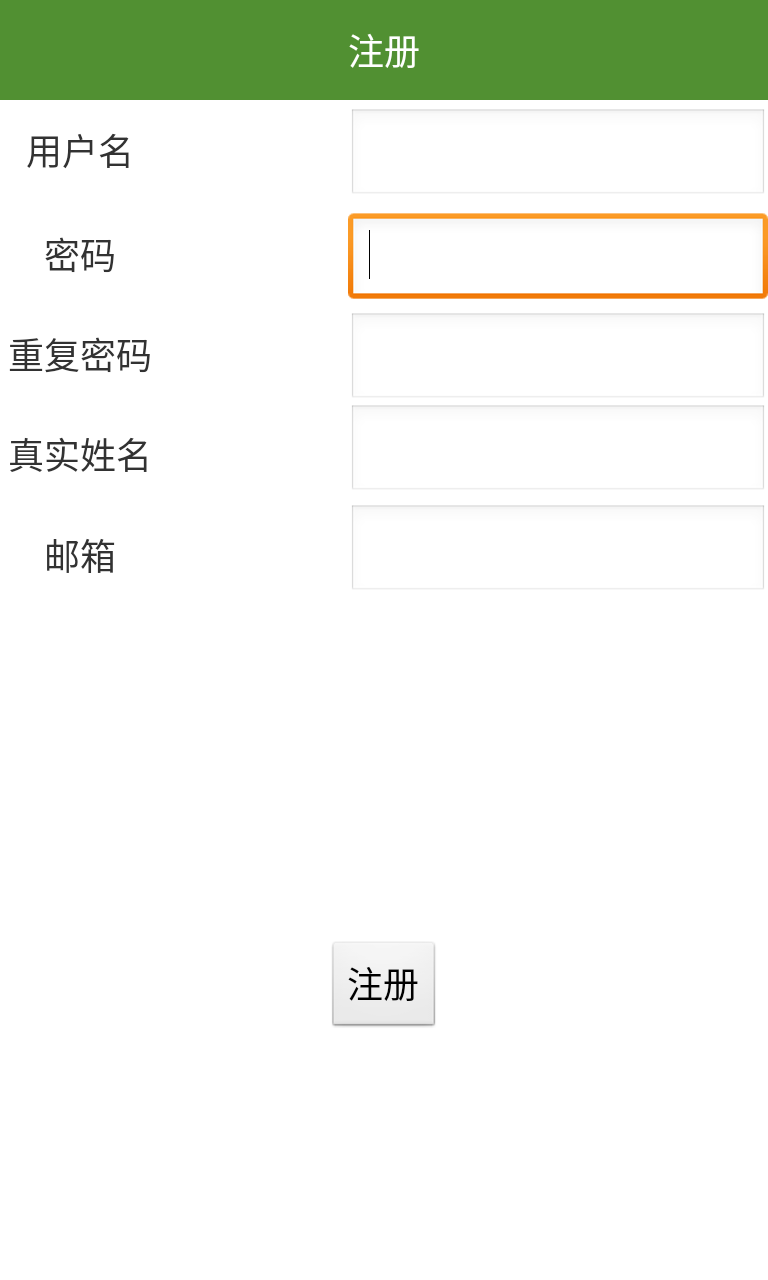
Repository: xuelang201201/Android
Layout: Android网络/android_day03_ems/res/layout/activity_register.xml
These files come from the project's save history. The layout is drawn as it stood at one moment and after the next save; the edit follows.
It is drawn on a 768 x 1280 px phone screen (xhdpi) without system bars, with theme android:Theme.Light.NoTitleBar; the app's code is not run.

Above is the layout before, as saved 2016-03-04 00:04:14.

After the next save:
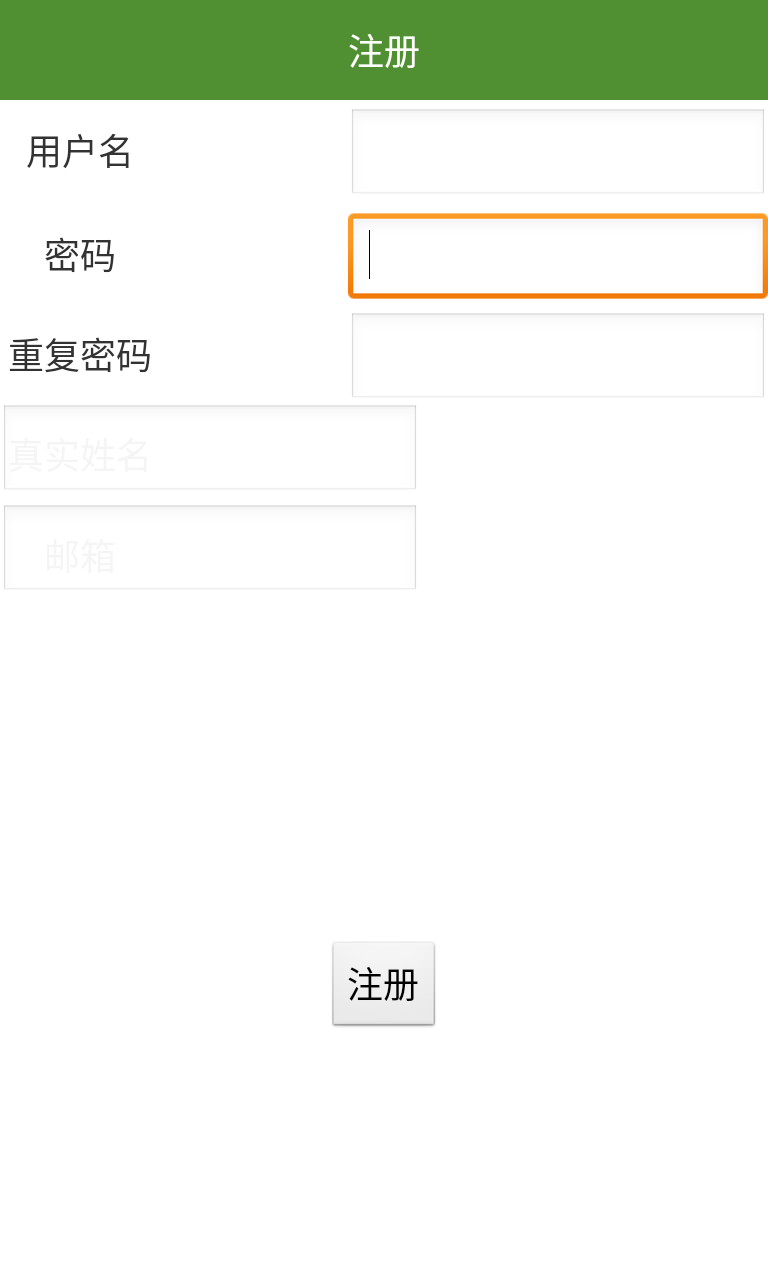
Saved 51 s later.
--- a/Android网络/android_day03_ems/res/layout/activity_register.xml
+++ b/Android网络/android_day03_ems/res/layout/activity_register.xml
@@ -100,7 +100,7 @@
     </EditText>
 
     <EditText
-        android:id="@+id/editText2"
+        android:id="@+id/et_register_emp_repwd"
         android:layout_width="wrap_content"
         android:layout_height="wrap_content"
         android:layout_alignBaseline="@+id/tv_register_emp_repwd"

After the save that followed:
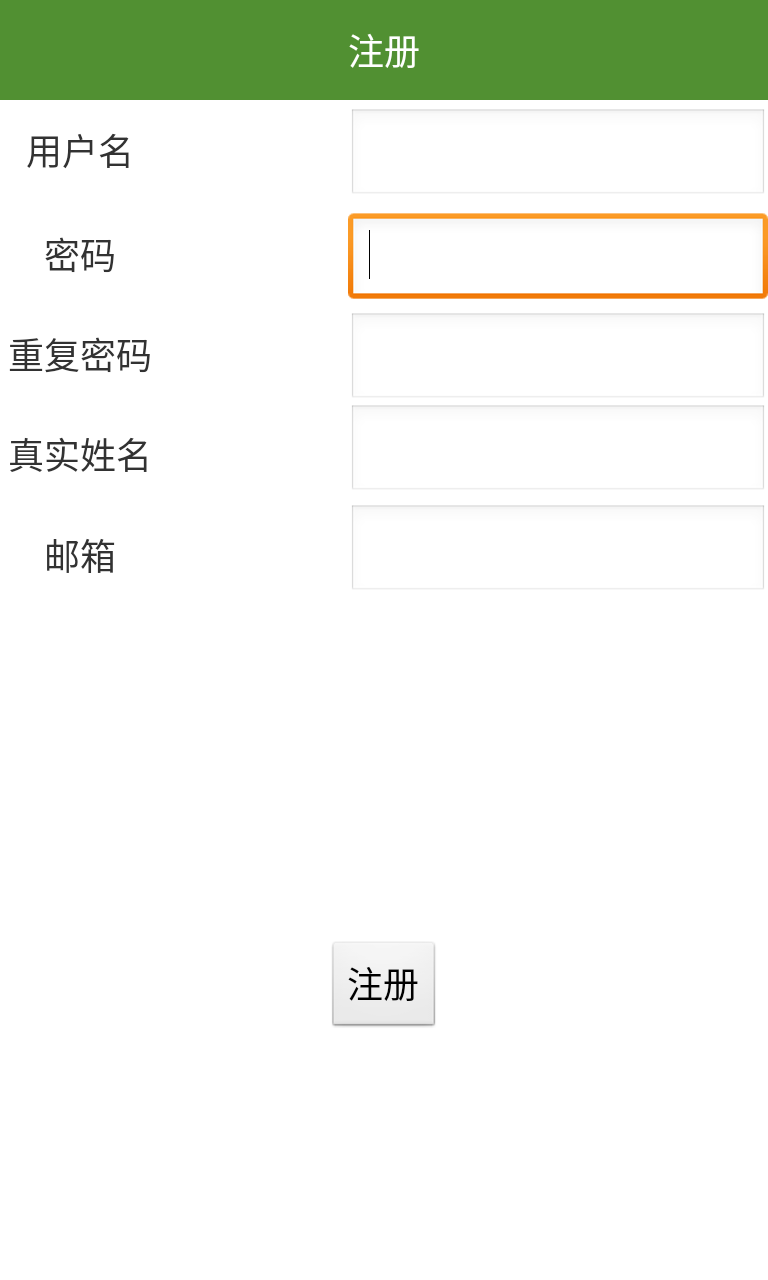
Saved 86 s later.
--- a/Android网络/android_day03_ems/res/layout/activity_register.xml
+++ b/Android网络/android_day03_ems/res/layout/activity_register.xml
@@ -110,21 +110,21 @@
         android:inputType="textPassword" />
 
     <EditText
-        android:id="@+id/editText3"
+        android:id="@+id/et_register_emp_email"
         android:layout_width="wrap_content"
         android:layout_height="wrap_content"
-        android:layout_alignLeft="@+id/editText2"
+        android:layout_alignLeft="@+id/et_register_emp_realname"
+        android:layout_below="@+id/tv_register_emp_realname"
+        android:ems="10"
+        android:inputType="textEmailAddress" />
+
+    <EditText
+        android:id="@+id/et_register_emp_realname"
+        android:layout_width="wrap_content"
+        android:layout_height="wrap_content"
+        android:layout_alignParentRight="true"
         android:layout_below="@+id/tv_register_emp_repwd"
         android:ems="10"
         android:inputType="textPersonName" />
 
-    <EditText
-        android:id="@+id/editText4"
-        android:layout_width="wrap_content"
-        android:layout_height="wrap_content"
-        android:layout_alignLeft="@+id/editText3"
-        android:layout_below="@+id/tv_register_emp_realname"
-        android:ems="10"
-        android:inputType="textEmailAddress" />
-
 </RelativeLayout>
